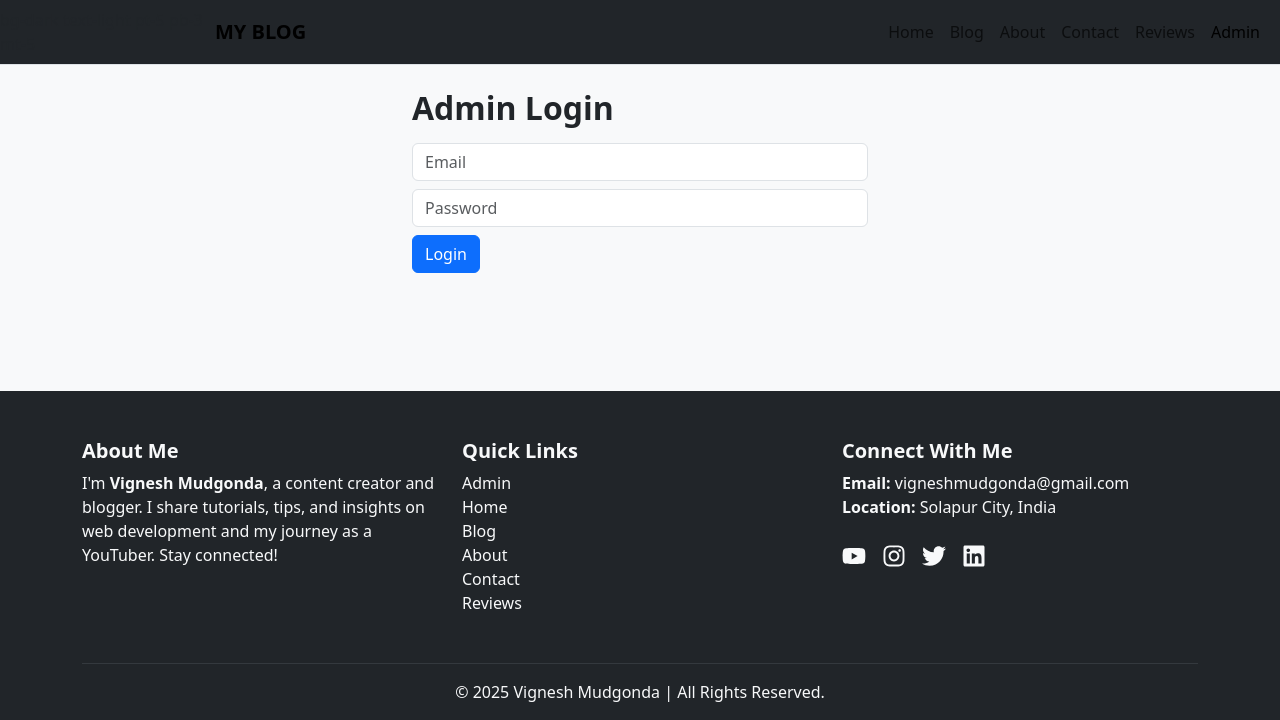
Repository: vigneshmudgonda/Blog2
Page: /login (app in blog-frontend-full/)
An editor plug-in stored every save of this project. The page is shown before and after the next save, followed by the edit.
The browser window is 1280 px wide. The pictures show the whole page.
The page's requests for data from a server got no answer. The project was rebuilt for these pictures with package versions that can differ from the ones it lists, and the page was loaded fresh each time. No one was signed in, and anything a server would have sent is missing. Also part of the build but not shown: blog-frontend-full/src/pages/Home.js, blog-frontend-full/src/pages/BlogList.js, blog-frontend-full/src/pages/BlogDetail.js, blog-frontend-full/src/pages/Reviews.js, blog-frontend-full/src/pages/Contact.js, blog-frontend-full/src/pages/About.js.

Above is the page before, as saved 2025-08-19 19:41:44.

### blog-frontend-full/public/index.html
<!DOCTYPE html>
<html lang="en">
  <head>
    <meta charset="utf-8" />
    <meta name="viewport" content="width=device-width, initial-scale=1" />
    <title>My Blog</title>
    <meta name="description" content="Personal blog powered by React + Bootstrap" />
    <link rel="icon" href="%PUBLIC_URL%/favicon.ico" />
  </head>
  <body>
    <noscript>You need to enable JavaScript to run this app.</noscript>
    <div id="root"></div>
  </body>
</html>

### blog-frontend-full/src/index.js
import React from 'react';
import { createRoot } from 'react-dom/client';
import { BrowserRouter } from 'react-router-dom';
import App from './App';
import 'bootstrap/dist/css/bootstrap.min.css';
import 'bootstrap/dist/js/bootstrap.bundle.min.js';
import './index.css';

const root = createRoot(document.getElementById('root'));
root.render(
  <BrowserRouter>
    <App/>
  </BrowserRouter>
);

### blog-frontend-full/src/App.js
import React from 'react';
import { Routes, Route } from 'react-router-dom';
import Navbar from './components/Navbar';
import Footer from './components/Footer';
import Home from './pages/Home';
import BlogList from './pages/BlogList';
import BlogDetail from './pages/BlogDetail';
import Reviews from './pages/Reviews';
import Contact from './pages/Contact';
import About from './pages/About';
import AdminLogin from './pages/AdminLogin';

export default function App(){
  return (
    <div className="d-flex flex-column min-vh-100">
      <Navbar/>
      <main className="flex-grow-1">
        <Routes>
          <Route path="/" element={<Home/>} />
          <Route path="/blog" element={<BlogList/>} />
          <Route path="/blog/:id" element={<BlogDetail/>} />
          <Route path="/reviews" element={<Reviews/>} />
          <Route path="/contact" element={<Contact/>} />
          <Route path="/about" element={<About/>} />
          <Route path="/login" element={<AdminLogin/>} />
        </Routes>
      </main>
      <Footer/>
    </div>
  );
}

### blog-frontend-full/src/index.css
:root{--radius:1.25rem}
body{background:#f8f9fa}
.shadow-soft{box-shadow:0 .5rem 1rem rgba(0,0,0,.08)}
.rounded-2xl{border-radius:var(--radius)}
.hero{background:linear-gradient(180deg,#ffffff 0%,#f4f6f8 100%)}
.post-card img{object-fit:cover;height:180px}
a{text-decoration:none}

### blog-frontend-full/src/components/Navbar.js
import React from 'react';
import { Link, NavLink } from 'react-router-dom';

export default function Navbar(){
  return (
    <nav className="navbar navbar-expand-lg bg-dark border-bottom sticky-top">bg-dark text-light pt-5 pb-3 mt-5
      <div className="container">
        <Link className="navbar-brand fw-bold" to="/">MY BLOG</Link>
        <button className="navbar-toggler" type="button" data-bs-toggle="collapse" data-bs-target="#nav">
          <span className="navbar-toggler-icon"></span>
        </button>
        <div id="nav" className="collapse navbar-collapse ">
          <ul className="navbar-nav ms-auto">
            <li className="nav-item"><NavLink end className="nav-link" to="/">Home</NavLink></li>
            <li className="nav-item"><NavLink className="nav-link" to="/blog">Blog</NavLink></li>
            <li className="nav-item"><NavLink className="nav-link" to="/about">About</NavLink></li>
            <li className="nav-item"><NavLink className="nav-link" to="/contact">Contact</NavLink></li>
            <li className="nav-item"><NavLink className="nav-link" to="/reviews">Reviews</NavLink></li>
            <li className="nav-item"><NavLink className="nav-link" to="/login">Admin</NavLink></li>
          </ul>
        </div>
      </div>
    </nav>
  );
}

### blog-frontend-full/src/components/Footer.js
import React from "react";
import { Link } from "react-router-dom";
import {
  FaYoutube,
  FaInstagram,
  FaTwitter,
  FaLinkedin,
} from "react-icons/fa";

export default function Footer() {
  return (
    <footer className="bg-dark text-light pt-5 pb-3 mt-5">
      <div className="container">
        <div className="row">
          {/* About Me */}
          <div className="col-md-4 mb-3">
            <h5 className="fw-bold">About Me</h5>
            <p>
              I'm <strong>Vignesh Mudgonda</strong>, a content creator and
              blogger. I share tutorials, tips, and insights on web development
              and my journey as a YouTuber. Stay connected!
            </p>
          </div>

          {/* Quick Links */}
          <div className="col-md-4 mb-3">
            <h5 className="fw-bold">Quick Links</h5>
            <ul className="list-unstyled">
              <li><Link to="/admin" className="text-light text-decoration-none">Admin</Link></li>
              <li><Link to="/" className="text-light text-decoration-none">Home</Link></li>
              <li><Link to="/blog" className="text-light text-decoration-none">Blog</Link></li>
              <li><Link to="/about" className="text-light text-decoration-none">About</Link></li>
              <li><Link to="/contact" className="text-light text-decoration-none">Contact</Link></li>
              <li><Link to="/reviews" className="text-light text-decoration-none">Reviews</Link></li>
            </ul>
          </div>

          {/* Connect With Me */}
          <div className="col-md-4 mb-3">
            <h5 className="fw-bold">Connect With Me</h5>
            <p>
              <strong>Email:</strong>{" "}
              <a
                href="mailto:vigneshmudgonda@gmail.com"
                className="text-light text-decoration-none"
              >
                vigneshmudgonda@gmail.com
              </a>
              <br />
              <strong>Location:</strong> Solapur City, India
            </p>
            <div className="d-flex gap-3 fs-4">
              <a href="https://youtube.com" className="text-light"><FaYoutube /></a>
              <a href="https://instagram.com" className="text-light"><FaInstagram /></a>
              <a href="https://twitter.com" className="text-light"><FaTwitter /></a>
              <a href="https://linkedin.com" className="text-light"><FaLinkedin /></a>
            </div>
          </div>
        </div>

        <hr className="border-secondary" />
        <p className="text-center mb-0">
          © 2025 Vignesh Mudgonda | All Rights Reserved.
        </p>
      </div>
    </footer>
  );
}

### blog-frontend-full/src/pages/AdminLogin.js
import React,{useState} from 'react';
import api from '../services/api';

export default function AdminLogin(){
  const [email,setEmail] = useState('');
  const [password,setPassword] = useState('');
  const [msg,setMsg] = useState('');

  const handleSubmit=async e=>{
    e.preventDefault();
    try{
      const res = await api.post('http://localhost:5000/api/login',{email,password});
      localStorage.setItem('token',res.data.token);
      setMsg('Login success!');
    }catch(e){ setMsg('Invalid credentials'); }
  };

  return (
    <div className="container py-4" style={{maxWidth:480}}>
      <h2 className="fw-bold mb-3">Admin Login</h2>
      <form onSubmit={handleSubmit}>
        <div className="mb-2"><input className="form-control" placeholder="Email" value={email} onChange={e=>setEmail(e.target.value)}/></div>
        <div className="mb-2"><input type="password" className="form-control" placeholder="Password" value={password} onChange={e=>setPassword(e.target.value)}/></div>
        <button className="btn btn-primary">Login</button>
      </form>
      {msg && <p className="mt-3">{msg}</p>}
    </div>
  );
}

### blog-frontend-full/src/services/api.js
import axios from 'axios';
const API_URL = process.env.REACT_APP_API_URL || 'http://localhost:5000';
const api = axios.create({ baseURL: API_URL });
export default api;

After the next save:
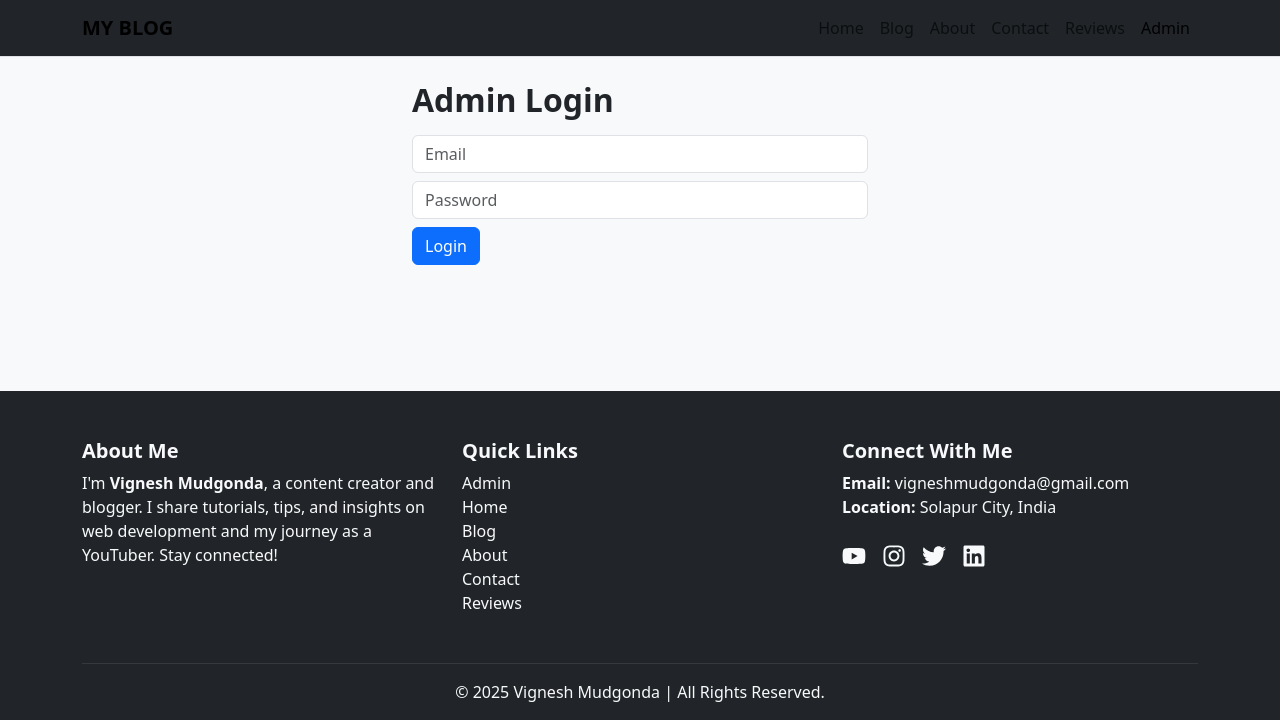
Saved 4 s later.
--- a/blog-frontend-full/src/components/Navbar.js
+++ b/blog-frontend-full/src/components/Navbar.js
@@ -3,7 +3,7 @@ import { Link, NavLink } from 'react-router-dom';
 
 export default function Navbar(){
   return (
-    <nav className="navbar navbar-expand-lg bg-dark border-bottom sticky-top">bg-dark text-light pt-5 pb-3 mt-5
+    <nav className="navbar navbar-expand-lg bg-dark border-bottom sticky-top">
       <div className="container">
         <Link className="navbar-brand fw-bold" to="/">MY BLOG</Link>
         <button className="navbar-toggler" type="button" data-bs-toggle="collapse" data-bs-target="#nav">
